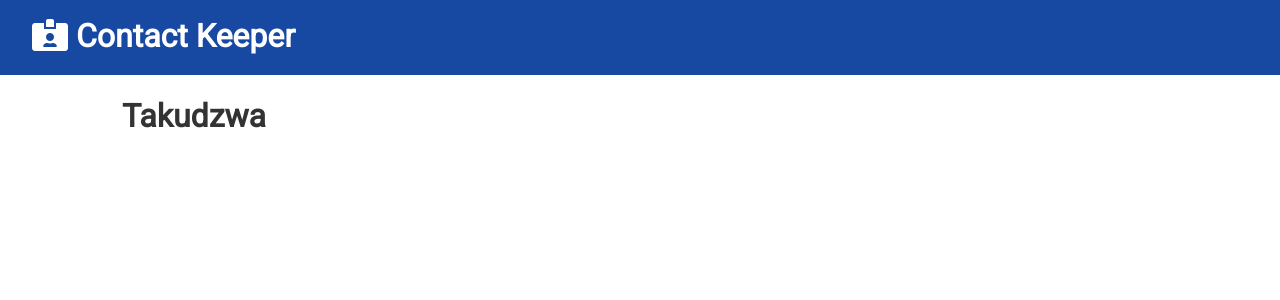
Repository: Takudzwa413/Contact-Keeper
Page: / (app in client/)
An editor plug-in stored every save of this project. The page is shown before and after the next save, followed by the edit.
The browser window is 1280 px wide. The pictures show the whole page.
Some web libraries are served in a nearby version. The project was rebuilt for these pictures with package versions that can differ from the ones it lists, and the page was loaded fresh each time. A package was used in the major version that the imports need, not the one package.json lists. Also part of the build but not shown: client/src/components/pages/About.js.

Above is the page before, as saved 2020-06-17 00:55:28.

### client/public/index.html
<!DOCTYPE html>
<html lang="en">
  <head>
    <meta charset="utf-8" />
    <link rel="icon" href="%PUBLIC_URL%/favicon.ico" />
    <meta name="viewport" content="width=device-width, initial-scale=1" />
    <meta name="theme-color" content="#000000" />
    <meta
      name="description"
      content="Web site created using create-react-app"
    />
    <link rel="apple-touch-icon" href="%PUBLIC_URL%/logo192.png" />
    <link
    rel="stylesheet"
    href="https://use.fontawesome.com/releases/v5.13.0/css/all.css"
    integrity="sha384-Bfad6CLCknfcloXFOyFnlgtENryhrpZCe29RTifKEixXQZ38WheV+i/6YWSzkz3V"
    crossorigin="anonymous"
  />

    <title>ContactKeeper</title>
  </head>
  <body>
    <noscript>You need to enable JavaScript to run this app.</noscript>
    <div id="root"></div>

  </body>
</html>

### client/src/index.js
import React from 'react';
import ReactDOM from 'react-dom';
import App from './App';


ReactDOM.render(<App/>, document.getElementById('root'));

### client/src/App.js
import React ,{Fragment}from 'react';
import {BrowserRouter as Router, Route, Switch} from 'react-router-dom';
import Navbar from './components/layout/Navbar';
import Home from './components/pages/Home';
import About from './components/pages/About';
import './App.css';

const App=() =>{
  return (
    <Router>
      <Fragment>
        <Navbar/>
        <div className="container">
          <Switch>
            <Route exact path= '/' component={Home} />
            <Route exact path= '/about' component={About} />
          </Switch>

        </div>
      </Fragment>
    </Router>
  );
}

export default App;

### client/src/components/layout/Navbar.js
import React from 'react';
import Proptypes from 'prop-types';

export const Navbar = ({title,icon}) => {
    return (
        <div className="navbar bg-primary">
            <h1>
                <i className={icon}/> {title}
            </h1>
        </div>
    )
}
Navbar.propTypes = {
    title:Proptypes.string.isRequired,
    icon:Proptypes.string
}

Navbar.defaultProps = {
    title: 'Contact Keeper',
    icon:'fas fa-id-card-alt'
}

export default Navbar;

### client/src/components/pages/Home.js
import React from 'react'

 const Home = () => {
    return (
        <div>
            <h1>Takudzwa</h1>
        </div>
    )
}
export default Home;

Loaded but not shown: client/src/App.css (common file)

After the next save:
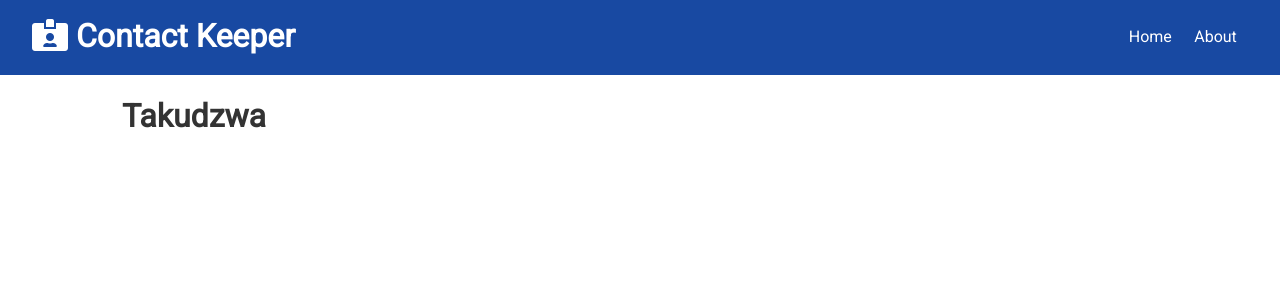
Saved 13 min 28 s later.
--- a/client/src/components/layout/Navbar.js
+++ b/client/src/components/layout/Navbar.js
@@ -1,5 +1,6 @@
 import React from 'react';
-import Proptypes from 'prop-types';
+import PropTypes from 'prop-types';
+import {Link} from 'react-router-dom';
 
 export const Navbar = ({title,icon}) => {
     return (
@@ -7,12 +8,20 @@
             <h1>
                 <i className={icon}/> {title}
             </h1>
+            <ul>
+                <li>
+                    <Link to='/'>Home</Link>
+                </li>
+                <li>
+                    <Link to='/about'>About</Link>
+                </li>
+            </ul>
         </div>
     )
 }
 Navbar.propTypes = {
-    title:Proptypes.string.isRequired,
-    icon:Proptypes.string
+    title:PropTypes.string.isRequired,
+    icon:PropTypes.string
 }
 
 Navbar.defaultProps = {
